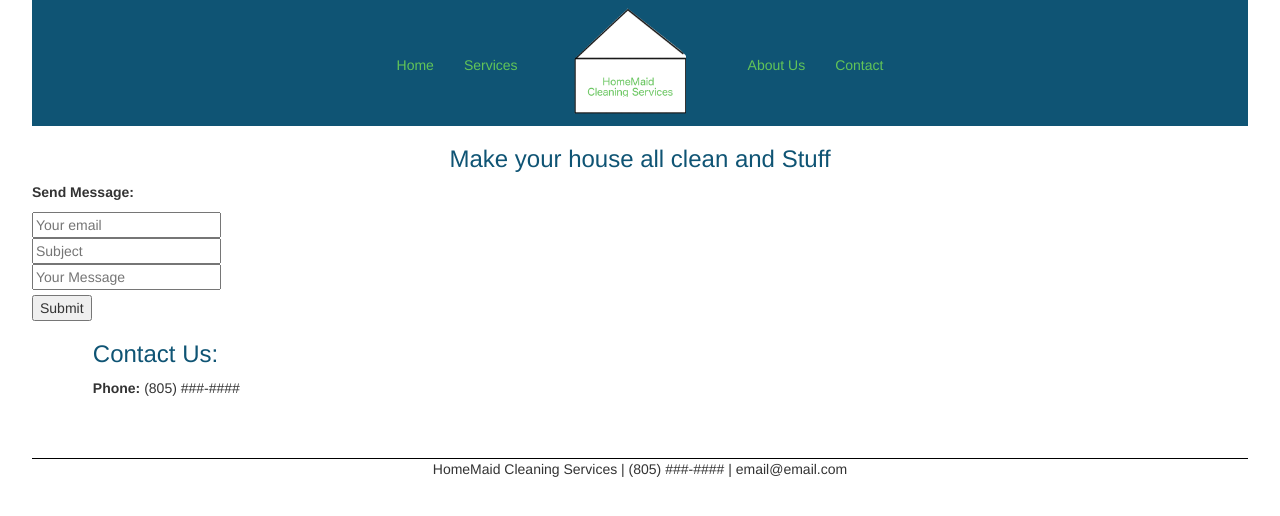
Repository: alprusa/HomeMaid-Cleaning-Service
Page: HomeMaid-Cleaning-Service/contact/index.html
An editor plug-in stored every save of this project. The page is shown before and after the next save, followed by the edit.
The browser window is 1280 px wide. The pictures show the whole page.

Above is the page before, as saved 2016-07-11 04:07:34.

After the next save:
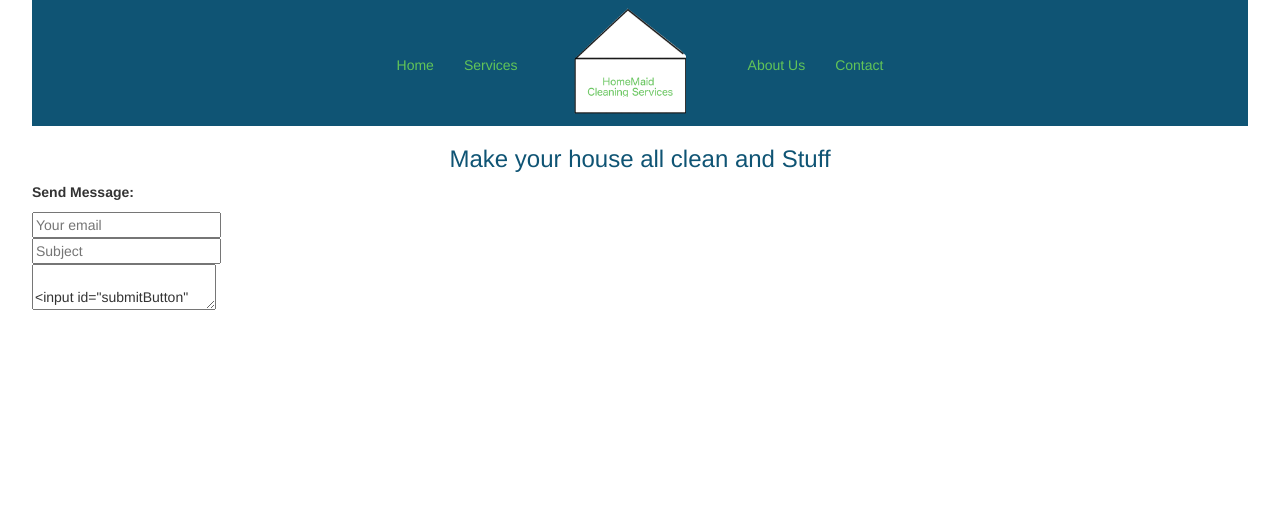
Saved 35 s later.
--- a/HomeMaid-Cleaning-Service/contact/index.html
+++ b/HomeMaid-Cleaning-Service/contact/index.html
@@ -63,7 +63,7 @@
 	 				<p><b>Send Message:</b></p>
 					<input type="text" name="email" id="email" placeholder="Your email" required><br>
 					<input type="text" name="Subject" id="Subject" placeholder="Subject" required><br>
-					<input type="text" name="Message" id="Message" placeholder="Your Message" required><br>
+					<textarea type="text" name="Message" id="Message" placeholder="Your Message" required>
 					<input id="submitButton" class="gVButton" type="submit" value="Submit" style="margin-top: 5px;" onclick="calcRoute();">
 					<p style="color: #E82C0C;" id="errorText" class="hidden">Sorry there was an issue sending your message.</p>
 	 			</form>
